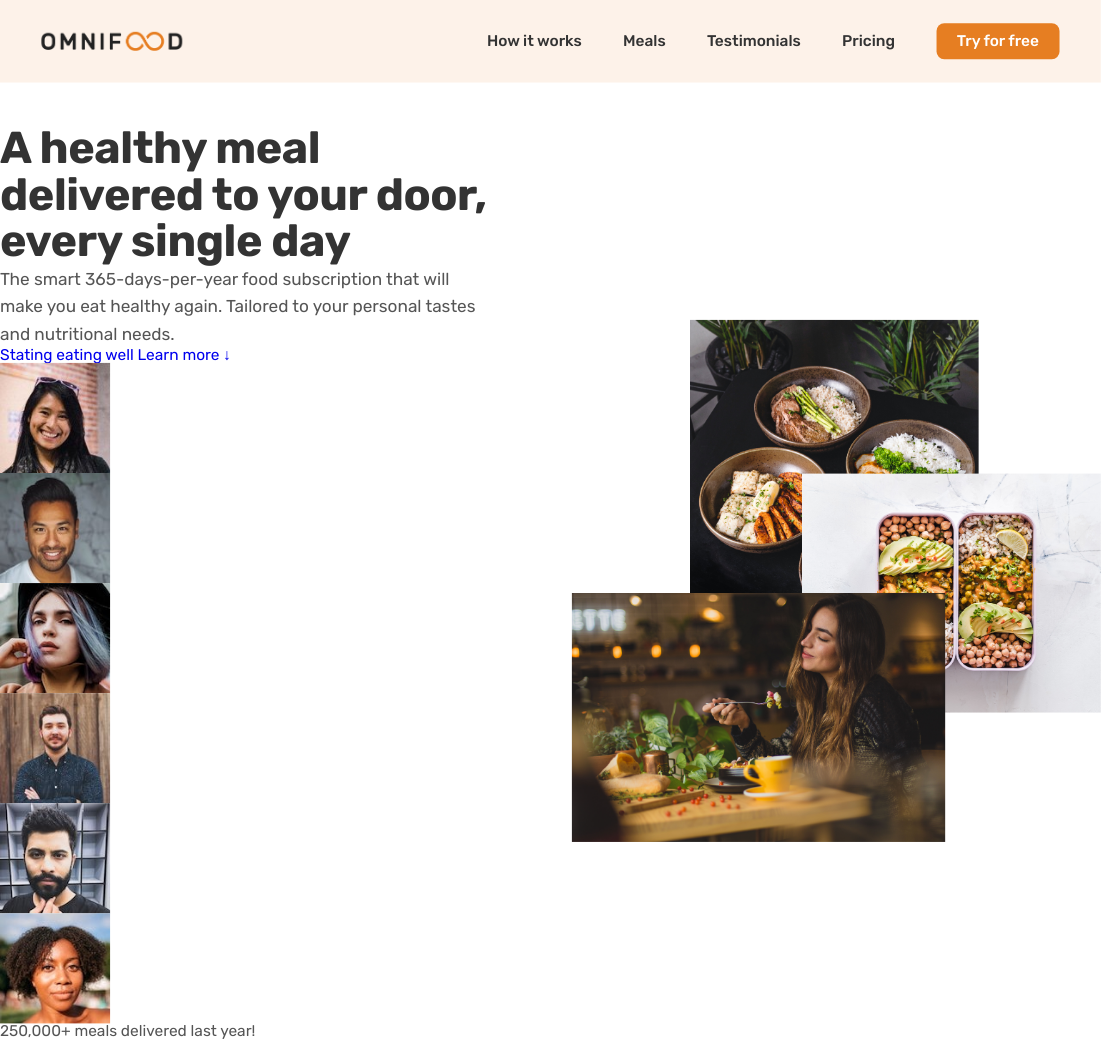
Repository: longvuht/omnifood-vu-nl
Page: index.html
The author's editor kept a copy of each file at every save. The page is drawn from the files as they stood at one save, then again after the next save.
The browser window is 1280 px wide. The pictures show the whole page, at 86% of full size.
The style sheet was rebuilt from its Sass, Less or Tailwind sources for each picture, by a compiler version that may differ from the author's.

Above is the page before, as saved 2022-09-18 17:55:09.

### index.html
<!DOCTYPE html>
<html lang="en">
  <head>
    <meta charset="UTF-8" />
    <meta name="viewport" content="width=device-width, initial-scale=1.0" />
    <link rel="preconnect" href="https://fonts.googleapis.com" />
    <link rel="preconnect" href="https://fonts.gstatic.com" crossorigin />
    <link
      href="https://fonts.googleapis.com/css2?family=Rubik:wght@400;500;600;700&display=swap"
      rel="stylesheet"
    />
    <link rel="stylesheet" href="./css/style.css" />
    <title>Omnifood vu-nl</title>
  </head>
  <body>
    <div class="wrapper">
      <header class="header">
        <div class="header__container">
          <div class="header__logo">
            <a href="#none" class="header__link"
              ><img
                src="./image/omnifood-logo.png"
                alt="logo omnifood-logo"
                class="header__image"
            /></a>
          </div>
          <div class="header__menu">
            <ul class="header__list">
              <li class="header__item">
                <a href="#none" class="header__link">How it works</a>
              </li>
              <li class="header__item">
                <a href="#none" class="header__link">Meals</a>
              </li>
              <li class="header__item">
                <a href="#none" class="header__link">Testimonials</a>
              </li>
              <li class="header__item">
                <a href="#none" class="header__link">Pricing</a>
              </li>
              <li class="header__item">
                <a href="#none" class="header__link">Try for free</a>
              </li>
            </ul>
          </div>
        </div>
      </header>
      <section class="hero">
        <div class="hero__container">
          <div class="hero__info">
            <h1 class="hero__heading">
              A healthy meal delivered to your door, every single day
            </h1>
            <p class="text-lg hero__desc">
              The smart 365-days-per-year food subscription that will make you
              eat healthy again. Tailored to your personal tastes and
              nutritional needs.
            </p>
            <a href="#none" class="button button--primary"
              >Stating eating well</a
            >
            <a href="#none" class="button button--secondary"
              >Learn more &ShortDownArrow;</a
            >
            <div class="hero__meals">
              <div class="hero__meals-customer">
                <img
                  src="./image/customers/customer-1.jpg"
                  alt="customer image"
                  class="hero__meals-image"
                />
                <img
                  src="./image/customers/customer-2.jpg"
                  alt="customer image"
                  class="hero__meals-image"
                />
                <img
                  src="./image/customers/customer-3.jpg"
                  alt="customer image"
                  class="hero__meals-image"
                />
                <img
                  src="./image/customers/customer-4.jpg"
                  alt="customer image"
                  class="hero__meals-image"
                />
                <img
                  src="./image/customers/customer-5.jpg"
                  alt="customer image"
                  class="hero__meals-image"
                />
                <img
                  src="./image/customers/customer-6.jpg"
                  alt="customer image"
                  class="hero__meals-image"
                />
              </div>
              <p class="hero__meals-delivered">
                <span>250,000+</span> meals delivered last year!
              </p>
            </div>
          </div>
          <div class="hero__image">
            <img
              src="./image/hero.png"
              alt="woman enjoying food, meals in strorage container, and food bowls on a table"
            />
          </div>
        </div>
      </section>
    </div>
  </body>
</html>

### sass/app.scss
@import "reset";
@import "variables";
@import "typography";
@import "global";
@import "header";
@import "hero";

### sass/_reset.scss
html {
  box-sizing: border-box;
}
* {
  margin: 0;
  padding: 0;
}
*,
*:before,
*:after {
  box-sizing: border-box;
}
input,
textarea,
select,
button {
  outline: none;
}
input {
  line-height: normal;
}
label,
button {
  cursor: pointer;
}
a {
  text-decoration: none;
}
img {
  display: block;
  max-width: 100%;
}
html {
  font-size: 62.5%;
}

### sass/_variables.scss
$primary-color: #fdf2e9;
$secondary-color: #e67e22;
$heading-color: #333;
$logo-color: #808080;
$text-color: #555;
$font: "Rubik", sans-serif;

### sass/_typography.scss
h1 {
  font-size: 5.2rem;
  font-weight: 700;
  letter-spacing: -0.5px;
  line-height: calc(54.6 / 52);
  color: $heading-color;
}
h2 {
  font-size: 4.4rem;
  font-weight: 700;
  letter-spacing: -0.5px;
  line-height: calc(52.8 / 44);
  color: $heading-color;
}
h3 {
  font-size: 3rem;
  font-weight: 700;
  letter-spacing: -0.5px;
  line-height: calc(36 / 30);
  counter-reset: $heading-color;
}
.text-lg {
  font-size: 2rem;
  line-height: calc(32 / 20);
}

### sass/_global.scss
body {
  font-family: $font;
  font-size: 1.8rem;
  line-height: 1;
  font-weight: 400;
  color: #555;
}
.container {
  max-width: 120rem;
  margin: 0 auto;
}

### sass/_header.scss
.header {
  margin-bottom: 4.8rem;
  &__container {
    padding: 2.7rem 4.8rem;
    background-color: $primary-color;
    display: flex;
    justify-content: space-between;
    align-items: center;
  }
  &__image {
    height: 2.2rem;
  }
  &__list {
    display: flex;
    justify-content: space-between;
    align-items: center;
    gap: 0 4.8rem;
    list-style-type: none;
  }
  &__item {
    &:last-child {
      padding: 1.2rem 2.4rem;
      color: #fff;
      background-color: $secondary-color;
      border-radius: 0.9rem;
      & .header__link {
        color: #fff;
      }
    }
  }
  &__link {
    color: $heading-color;
    font-weight: 500;
  }
}

### sass/_hero.scss
.hero {
  &__container {
    max-width: 130rem;
    display: flex;
    justify-content: space-between;
    align-items: center;
    gap: 0 9.6rem;
  }
}

After the next save:
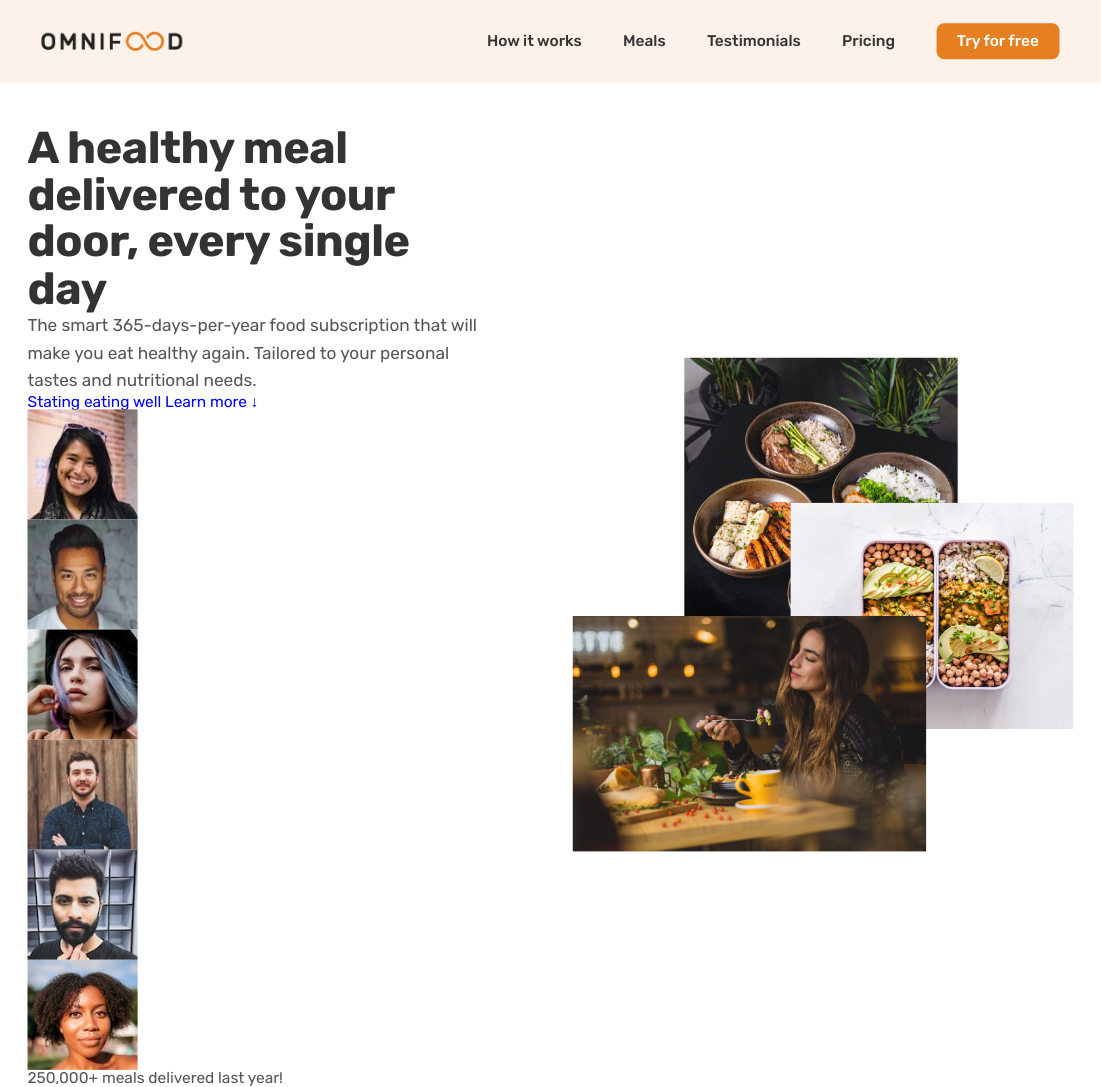
Saved 87 s later.
--- a/sass/_hero.scss
+++ b/sass/_hero.scss
@@ -1,6 +1,8 @@
 .hero {
   &__container {
     max-width: 130rem;
+    margin: 0 auto;
+    padding: 0 3.2rem;
     display: flex;
     justify-content: space-between;
     align-items: center;
